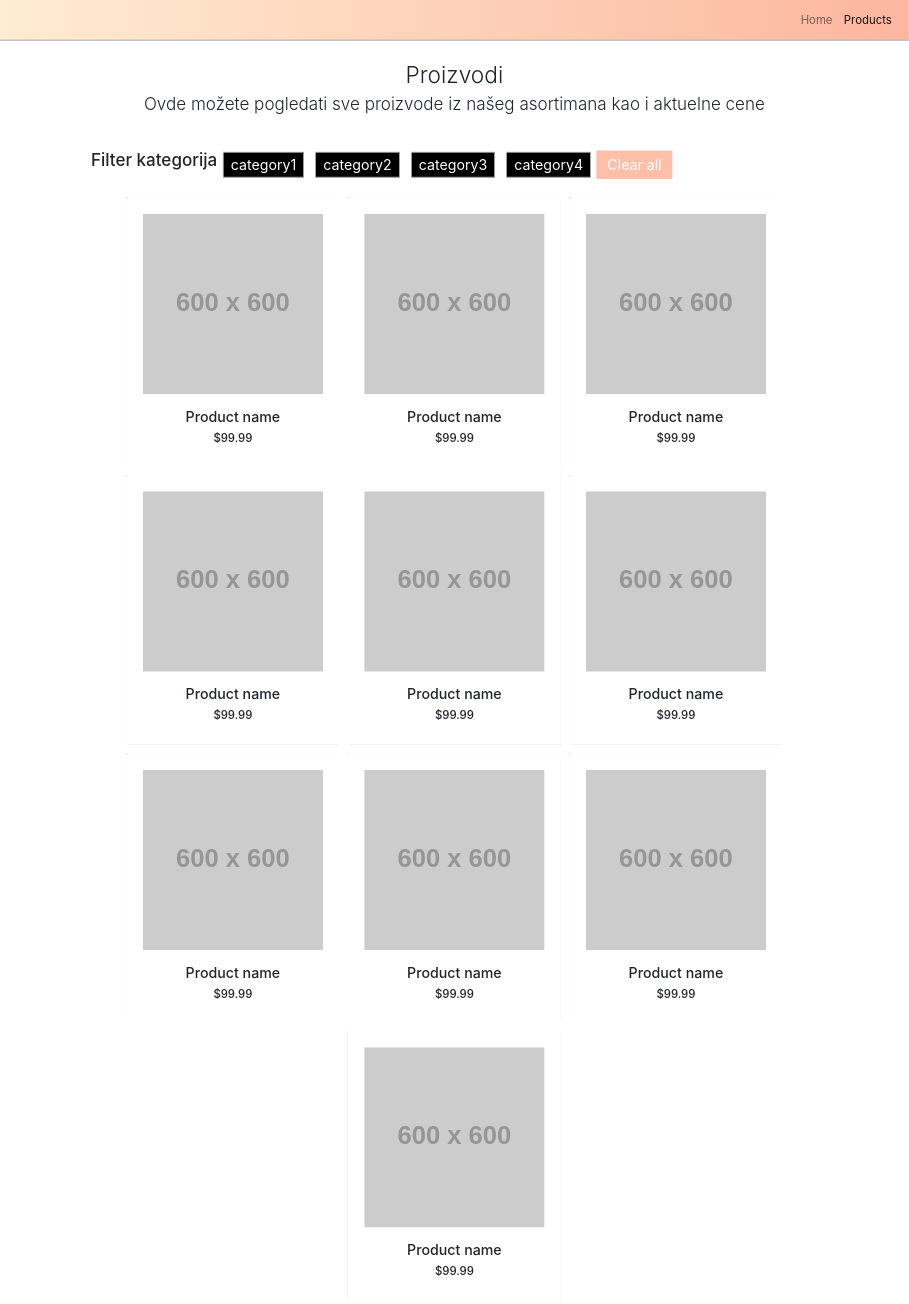
Repository: StevanFilipovic/TemplateForSinglepageWebsite
Page: products.html
The author's editor kept a copy of each file at every save. The page is drawn from the files as they stood at one save, then again after the next save.
The browser window is 1280 px wide. The pictures show the whole page, at 71% of full size.
Some web libraries are served in a nearby version.

Above is the page before, as saved 2018-06-15 09:43:09.

### products.html
<!doctype html>
<html>
<head>
	<meta charset="utf-8">
	<title>One Page Scroll</title>
	<meta name="title" content="Website by Stevan" />
	<meta name="description" content="Proizvodi" />

	<link rel="shortcut icon" id="favicon" href="">
	<link href='http://fonts.googleapis.com/css?family=Open+Sans:300,400,700' rel='stylesheet' type='text/css'>
	<link href='http://fonts.googleapis.com/css?family=Pacifico:400' rel='stylesheet' type='text/css'>
	<script type="text/javascript" src="http://code.jquery.com/jquery-1.9.1.js"></script>
  <link href='products-page-style.css' rel='stylesheet' type='text/css'>
  <!-- Da bi koristili less potrebno je odkomentarisati donje dve linije i uraditi konverziju css-a i ubaciti u dole navedene fajlove -->
  <!-- <link rel="stylesheet/less" type="text/css" href="onepage-scrool.less" /> -->
  <!-- <link rel="stylesheet/less" type="text/css" href="styles.less" /> -->
  <!-- <script src="less.js" type="text/javascript"></script> -->
  <link rel="stylesheet" href="https://stackpath.bootstrapcdn.com/bootstrap/4.1.1/css/bootstrap.min.css" integrity="sha384-WskhaSGFgHYWDcbwN70/dfYBj47jz9qbsMId/iRN3ewGhXQFZCSftd1LZCfmhktB" crossorigin="anonymous">



  <meta name="viewport" content="initial-scale=1, width=device-width, maximum-scale=1, minimum-scale=1, user-scalable=no">

<script>
    $(document).ready(function() {
  var $products = $('.grid-products'),
      $filters = $("#filters input[type='checkbox']"),
      product_filter = new ProductFilterLevel1($products, $filters);
  product_filter.init();
});

function ProductFilterLevel1(products, filters) {
  var _this = this;

  this.init = function() {
    this.products = products;
    this.filters = filters;
    this.bindEvents();
  };

  this.bindEvents = function() {
    this.filters.click(this.filterGridProducts);
    $('#none').click(this.removeAllFilters);
  };

  this.filterGridProducts = function() {
    _this.products.hide();
    var selectedFilters = _this.filters.filter(':checked');
    if (selectedFilters.length) {
      var selectedFiltersValues = [];
      selectedFilters.each(function() {
        var currentFilter = $(this);
        selectedFiltersValues.push("[data-" + currentFilter.attr('name') + "='" + currentFilter.val() + "']");
      });
      _this.products.filter(selectedFiltersValues.join(',')).show();
    } else {
      _this.products.show();
    }
  };

  this.removeAllFilters = function() {
    _this.filters.prop('checked', false);
    _this.products.show();
  }
}
</script>

<script>
    $("filter-container").click(function() {
  $(this).toggleClass('foo');
});
</script>


</head>
<body>
        <div class="header">
                <nav class="navbar navbar-expand-lg navbar-light">
                  <!-- <a class="navbar-brand" href="#">Navbar</a> -->
                  <button class="navbar-toggler" type="button" data-toggle="collapse" data-target="#navbarNavDropdown" aria-controls="navbarNavDropdown" aria-expanded="false" aria-label="Toggle navigation">
                    <span class="navbar-toggler-icon"></span>
                  </button>
                  <div class="collapse navbar-collapse justify-content-end" id="navbarNavDropdown">
                    <ul class="navbar-nav">
                      <li class="nav-item ">
                        <a class="nav-link" href="index.html">Home </a>
                      </li>
                      <li class="nav-item active">
                        <a class="nav-link" href="products.html">Products<span class="sr-only">(current)</span></a>
                      </li>
                      </li>
                    </ul>
                  </div>
                </nav>
                </div>
<div class="intro-text">
    <h2 class="blue">Proizvodi</h2>
    <h4>Ovde možete pogledati sve proizvode iz našeg asortimana kao i aktuelne cene</h4>
</div>
<div id="filters" class="products">
    <div class="filter-wrapper">
      <h4>Filter kategorija</h4>
      <label class="filter-container"><input type="checkbox" name="colour" id="category1" value="category1" ><span class="filters-title">category1</span></input> <span class="checkmark"></span></label>
      <label class="filter-container"><input type="checkbox" name="colour" id="category2" value="category2">category2</input><span class="checkmark"></span></label>
      <label class="filter-container"><input type="checkbox" name="colour" id="category3" value="category3">category3</input><span class="checkmark"></span></label>
      <label class="filter-container"><input type="checkbox" name="colour" id="category4" value="category4">category4</input><span class="checkmark"></span></label>
    </div>
    <div>
      <input class="button-clear" type="button" id="none" value="Clear all"></input>
    </div>
  </div>

          <section class="products">
                <div class="product-card grid-products" data-colour="category1">
                    <div class="product-image">
                        <img src="http://via.placeholder.com/600x600">
                    </div>
                    <div class="product-info">
                        <h5>Product name</h5>
                        <h6>$99.99</h6>
                    </div>
                </div>

                <div class="product-card grid-products" data-colour="category1">
                    <div class="product-image">
                        <img src="http://via.placeholder.com/600x600">
                    </div>
                    <div class="product-info">
                        <h5>Product name</h5>
                        <h6>$99.99</h6>
                    </div>
                </div>

                <div class="product-card grid-products" data-colour="category2">
                    <div class="product-image">
                        <img src="http://via.placeholder.com/600x600">
                    </div>
                    <div class="product-info">
                        <h5>Product name</h5>
                        <h6>$99.99</h6>
                    </div>
                </div>

                <div class="product-card grid-products" data-colour="category2">
                    <div class="product-image">
                        <img src="http://via.placeholder.com/600x600">
                    </div>
                    <div class="product-info">
                        <h5>Product name</h5>
                        <h6>$99.99</h6>
                    </div>
                </div>

                <div class="product-card grid-products" data-colour="category3">
                    <div class="product-image">
                        <img src="http://via.placeholder.com/600x600">
                    </div>
                    <div class="product-info">
                        <h5>Product name</h5>
                        <h6>$99.99</h6>
                    </div>
                </div>

                <div class="product-card grid-products" data-colour="category3">
                    <div class="product-image">
                        <img src="http://via.placeholder.com/600x600">
                    </div>
                    <div class="product-info">
                        <h5>Product name</h5>
                        <h6>$99.99</h6>
                    </div>
                </div>

                <div class="product-card grid-products" data-colour="category3">
                    <div class="product-image">
                        <img src="http://via.placeholder.com/600x600">
                    </div>
                    <div class="product-info">
                        <h5>Product name</h5>
                        <h6>$99.99</h6>
                    </div>
                </div>

                <div class="product-card grid-products" data-colour="category4">
                    <div class="product-image">
                        <img src="http://via.placeholder.com/600x600">
                    </div>
                    <div class="product-info">
                        <h5>Product name</h5>
                        <h6>$99.99</h6>
                    </div>
                </div>

                <div class="product-card grid-products" data-colour="category4">
                    <div class="product-image">
                        <img src="http://via.placeholder.com/600x600">
                    </div>
                    <div class="product-info">
                        <h5>Product name</h5>
                        <h6>$99.99</h6>
                    </div>
                </div>

                <div class="product-card grid-products" data-colour="category4">
                    <div class="product-image">
                        <img src="http://via.placeholder.com/600x600">
                    </div>
                    <div class="product-info">
                        <h5>Product name</h5>
                        <h6>$99.99</h6>
                    </div>
                </div>

            </section>

</body>
</html>

### products-page-style.css
.header{
    background-image: linear-gradient(to right, #ffecd2 0%, #fcb69f 100%);
    border-bottom: 1px solid gray;
}
.intro-text{
  margin: 30px auto 50px;
}
.intro-text h2, .intro-text h4{
  text-align: center;
    font-weight: 300;
}
.products {
	display: flex;
    flex-wrap: wrap;
    width: 90%;
    margin: auto;
    justify-content: center;
}
#filters{
  margin-bottom: 20px;
  justify-content: start;
  width: 80%;
}

.product-card {
	display: flex;
	flex-direction: column;
    max-width: 300px;
	padding: 2%;
  /* flex: 1 16%; */
  margin: 6px;

	background-color: #FFF;
	box-shadow: 0px 0px 1px 0px rgba(0,0,0,0.25);
}

.product-image img {
	width: 100%;
}

.product-info {
	margin-top: auto;
	padding-top: 20px;
	text-align: center;
}

@media ( max-width: 920px ) {

	/* .product-card {
		flex: 1 21%;
	} */

	/* .products .product-card:first-child,
	.products .product-card:nth-child(2) {
		flex: 2 46%;
	} */

}

@media ( max-width: 600px ) {

	/* .product-card {
		flex: 1 46%;
	} */

}

@media ( max-width: 480px ) {

	h1 {
		margin-bottom: 20px;
	}

	.product-filter {
		flex-direction: column;
	}

	.sort {
		align-self: flex-start;
	}

}


/* Checkmark */

/* Customize the label (the container) */
.filter-container {
    display: block;
    position: relative;
    margin: auto 8px;
    cursor: pointer;
    font-size: 20px;
    -webkit-user-select: none;
    -moz-user-select: none;
    -ms-user-select: none;
    user-select: none;
    border: 1px solid #cccccc;
    padding: 2px 10px;
  }

  .filter-container {
    background-color: #000;
    color: #FFF;
  }
  .filter-container.foo {
    background-color: #FFF;
    color: #000;
  }


.filter-category{
  border: 1px solid #cccccc;
  padding: 2px 10px;
  margin: auto 8px;
}
a.filter-category:focus, .filter-category:hover, .filter-category:visited{
  background: red;
}
a.proba:focus{
  background: blue;
}

  /* Hide the browser's default checkbox */
  .filter-container input {
    position: absolute;
    opacity: 0;
    cursor: pointer;
  }

  /* Create a custom checkbox */
  .checkmark {
    position: absolute;
    top: 0;
    left: 0;
    height: 30px;
    width: 30px;
    background-color: #eee;
    display: none;
  }

  /* On mouse-over, add a grey background color */
  .filter-container:hover input ~ .checkmark {
    background-color: #ccc;
  }

  /* When the checkbox is checked, add a blue background */
  .filter-container input:checked ~ .checkmark {
    background-color: #fdbfa7;
  }

  /* Create the checkmark/indicator (hidden when not checked) */
  .checkmark:after {
    content: "";
    position: absolute;
    display: none;
  }

  /* Show the checkmark when checked */
  .filter-container input:checked ~ .checkmark:after {
    display: block;
  }

  /* Style the checkmark/indicator */
  .filter-container .checkmark:after {
    left: 9px;
    top: 5px;
    width: 10px;
    height: 15px;
    border: solid white;
    border-width: 0 3px 3px 0;
    -webkit-transform: rotate(45deg);
    -ms-transform: rotate(45deg);
    transform: rotate(45deg);
  }

  .filter-wrapper{
      display: contents;
      margin-bottom: 15px;
  }

  .button-clear{
    background: #FDBFA7;
    font-size: 20px;
    color: white;
    border-style: none;
    cursor: pointer;
    padding: 5px 15px;
  }

After the next save:
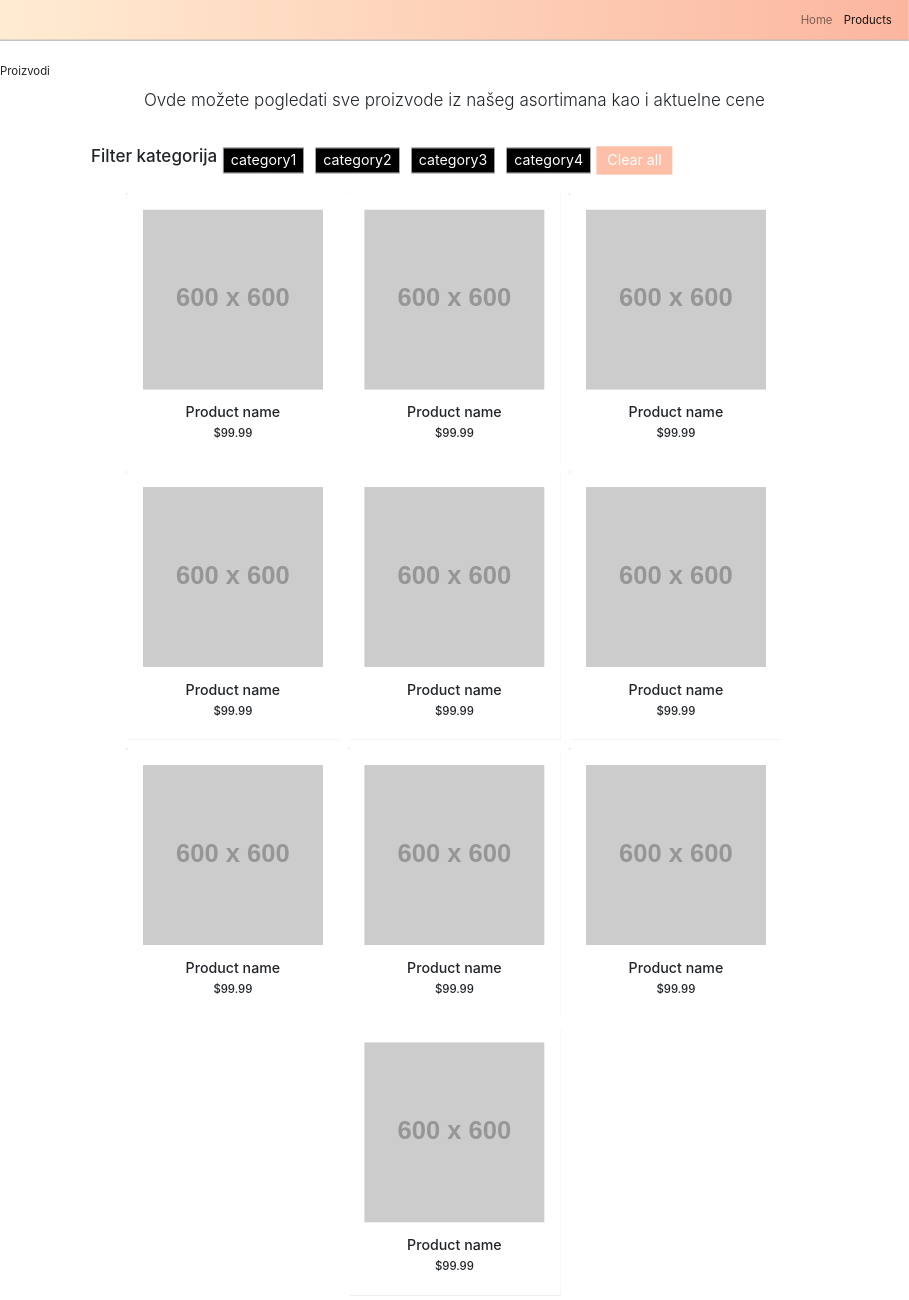
Saved 18 s later.
--- a/products.html
+++ b/products.html
@@ -94,7 +94,7 @@ function ProductFilterLevel1(products, filters) {
                 </nav>
                 </div>
 <div class="intro-text">
-    <h2 class="blue">Proizvodi</h2>
+    <p class="blue">Proizvodi</p2>
     <h4>Ovde možete pogledati sve proizvode iz našeg asortimana kao i aktuelne cene</h4>
 </div>
 <div id="filters" class="products">
